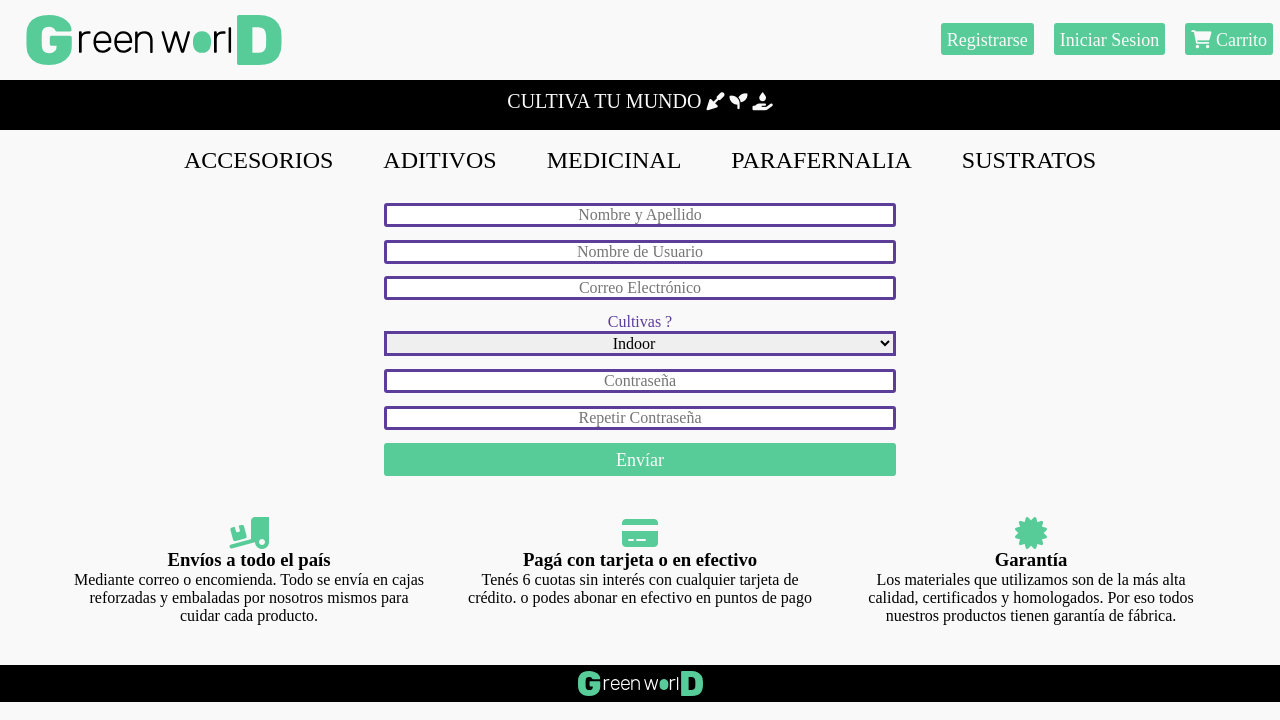
Repository: francoG98/grupo_9_Green_World
Page: source/views/register.html
An editor plug-in stored every save of this project. The page is shown before and after the next save, followed by the edit.
The browser window is 1280 px wide. The pictures show the whole page.
The pointer rests on the first visible `a button`.
Some web fonts or font styles are not loaded; a fallback is used. Some web libraries are served in a nearby version.

Above is the page before, as saved 2022-06-24 23:09:50.

After the next save:
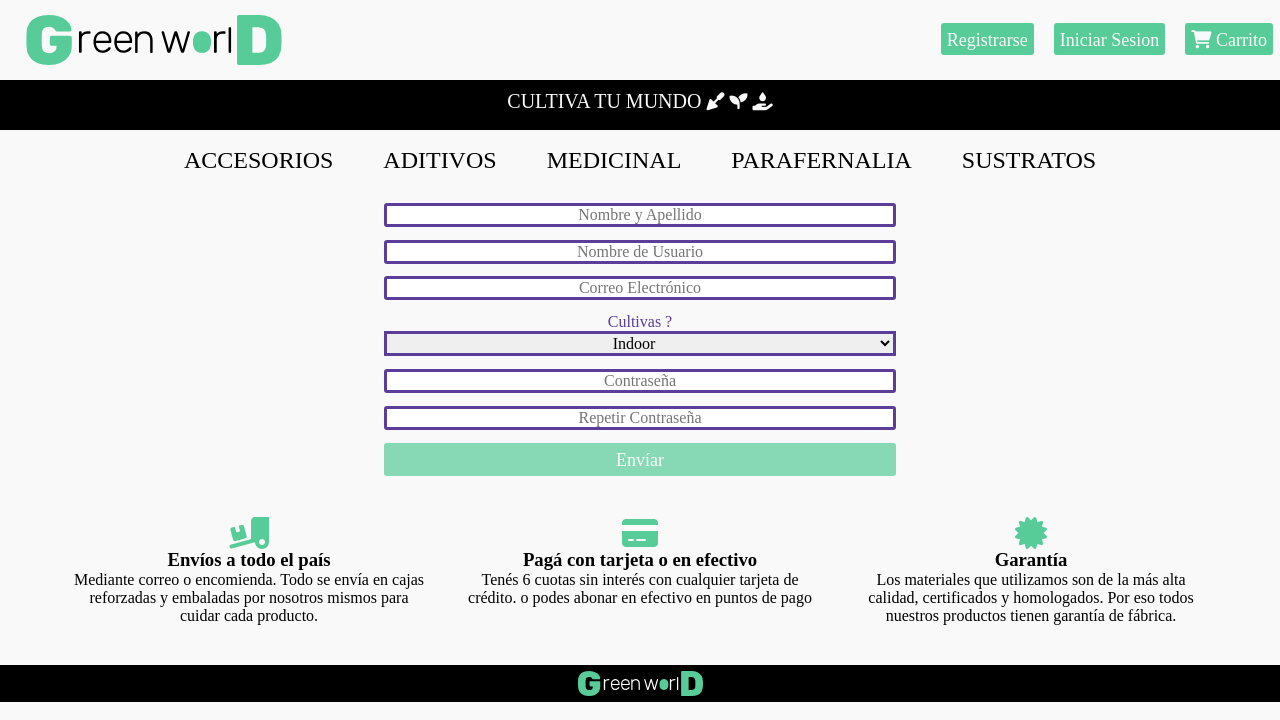
Saved 28 s later.
--- a/public/css/main-register.css
+++ b/public/css/main-register.css
@@ -46,3 +46,8 @@ select{
 
 
 }
+a button:hover{
+
+        opacity: 0.7
+
+}
